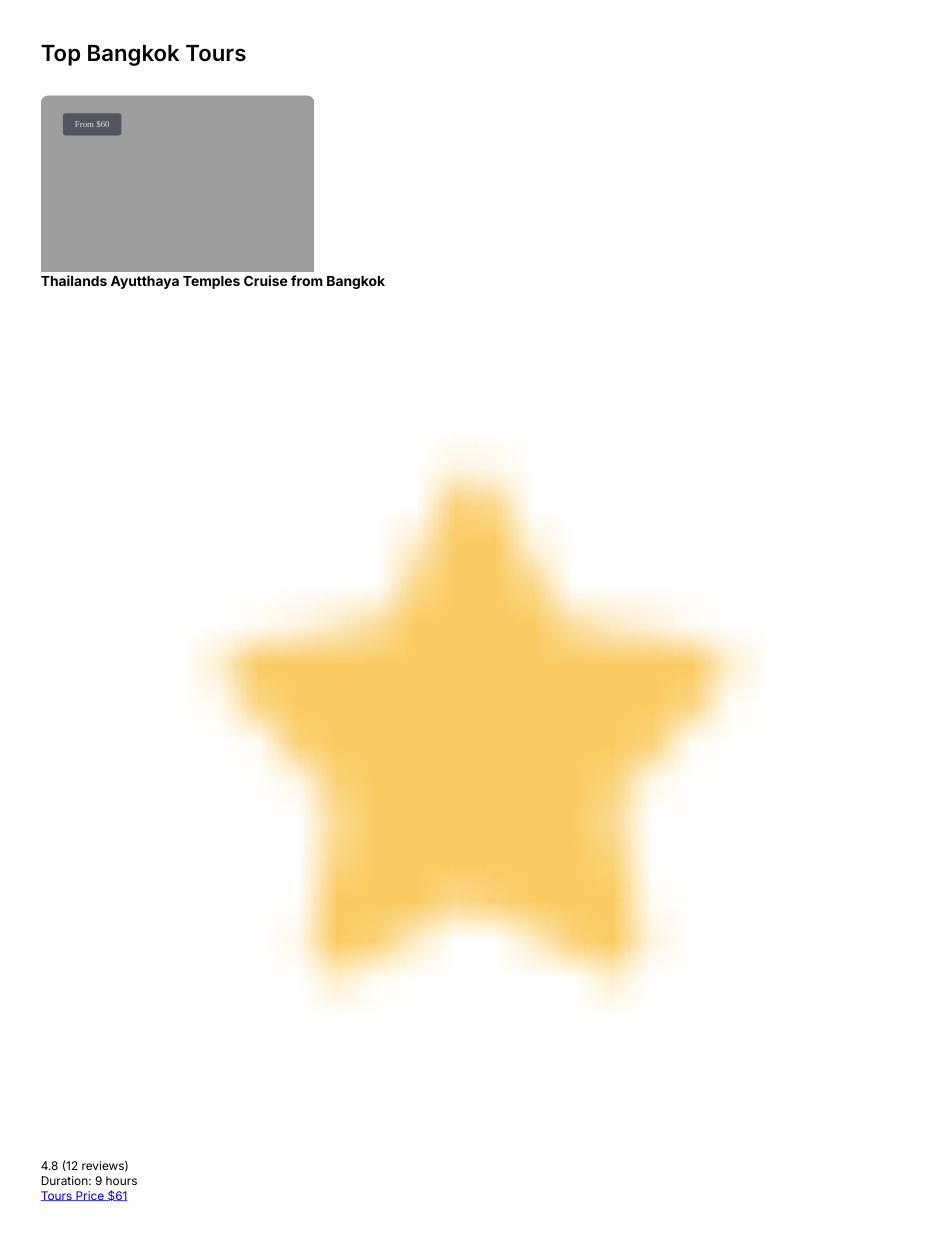
Repository: man0405/practice-web
Page: index.html
An editor plug-in stored every save of this project. The page is shown before and after the next save, followed by the edit.
The browser window is 1280 px wide. The pictures show the whole page, at 74% of full size.
Pictures or frames that could not be fetched are drawn as grey boxes. Some web fonts or font styles are not loaded; a fallback is used.

Above is the page before, as saved 2023-03-29 10:21:44.

After the next save:
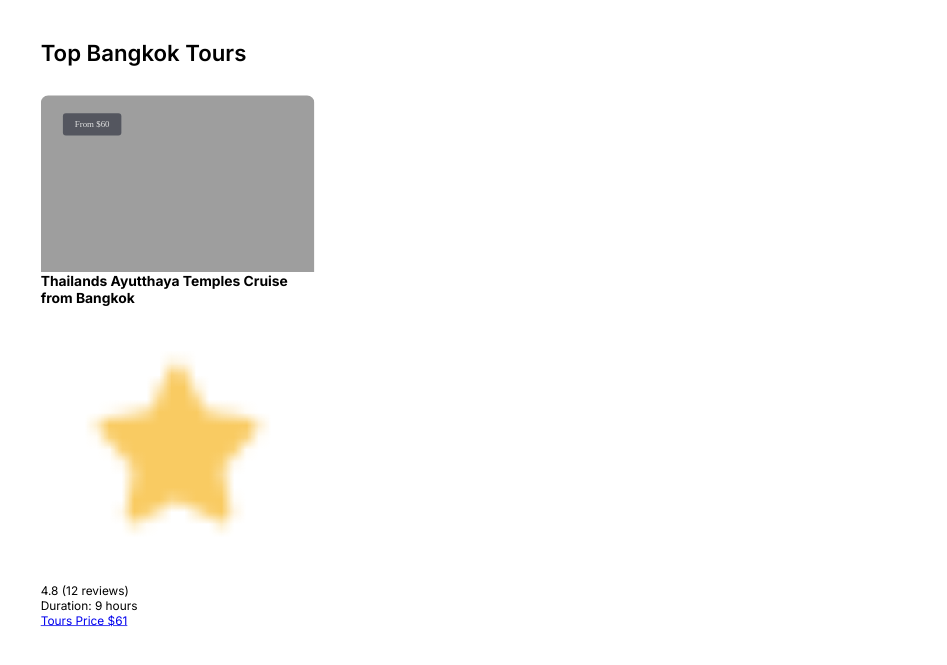
Saved 30 s later.
--- a/main.css
+++ b/main.css
@@ -35,11 +35,11 @@ img {
 
 .tour-item {
   border-radius: 10px;
+  width: 370px;
 }
 
 .tour-top {
   height: 239px;
-  width: 370px;
   position: relative;
 }
 
